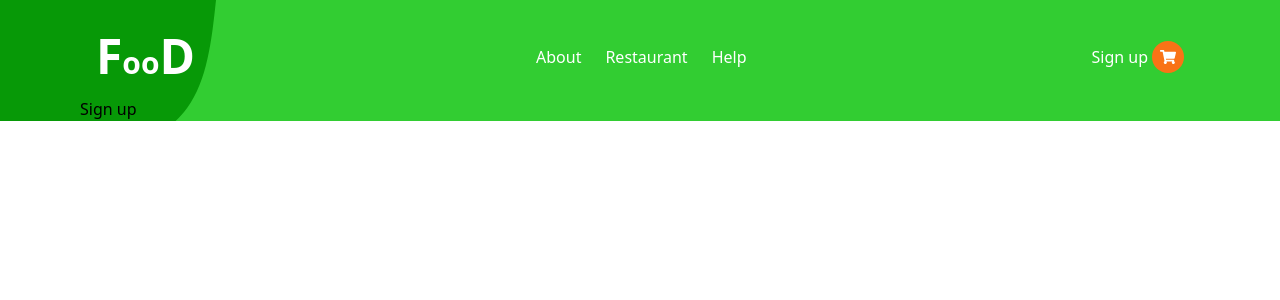
Repository: KhushiCode14/FoodWeb
Page: /signUp (app in frontend/)
An editor plug-in stored every save of this project. The page is shown before and after the next save, followed by the edit.
The browser window is 1280 px wide. The pictures show the whole page.
The project was rebuilt for these pictures with package versions that can differ from the ones it lists, and the page was loaded fresh each time. Also part of the build but not shown: frontend/src/Pages/Home.tsx, frontend/src/components/Home/SignIn.tsx, frontend/src/components/Home/Cart.tsx.

Above is the page before, as saved 2024-09-20 19:10:58.

After the next save:
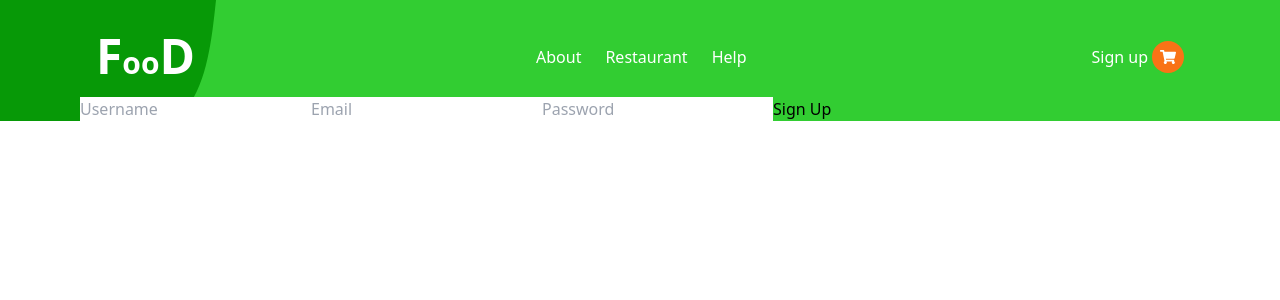
Saved 61 s later.
--- a/frontend/src/components/Home/SignUp.tsx
+++ b/frontend/src/components/Home/SignUp.tsx
@@ -3,7 +3,12 @@
 const SignUp = () => {
   return (
     <div>
-     Sign up
+ <form>
+  <input type="text" placeholder="Username" />
+  <input type="email" placeholder="Email" />
+  <input type="password" placeholder="Password" />
+  <button type="submit">Sign Up</button>
+ </form>
     </div>
   )
 }
